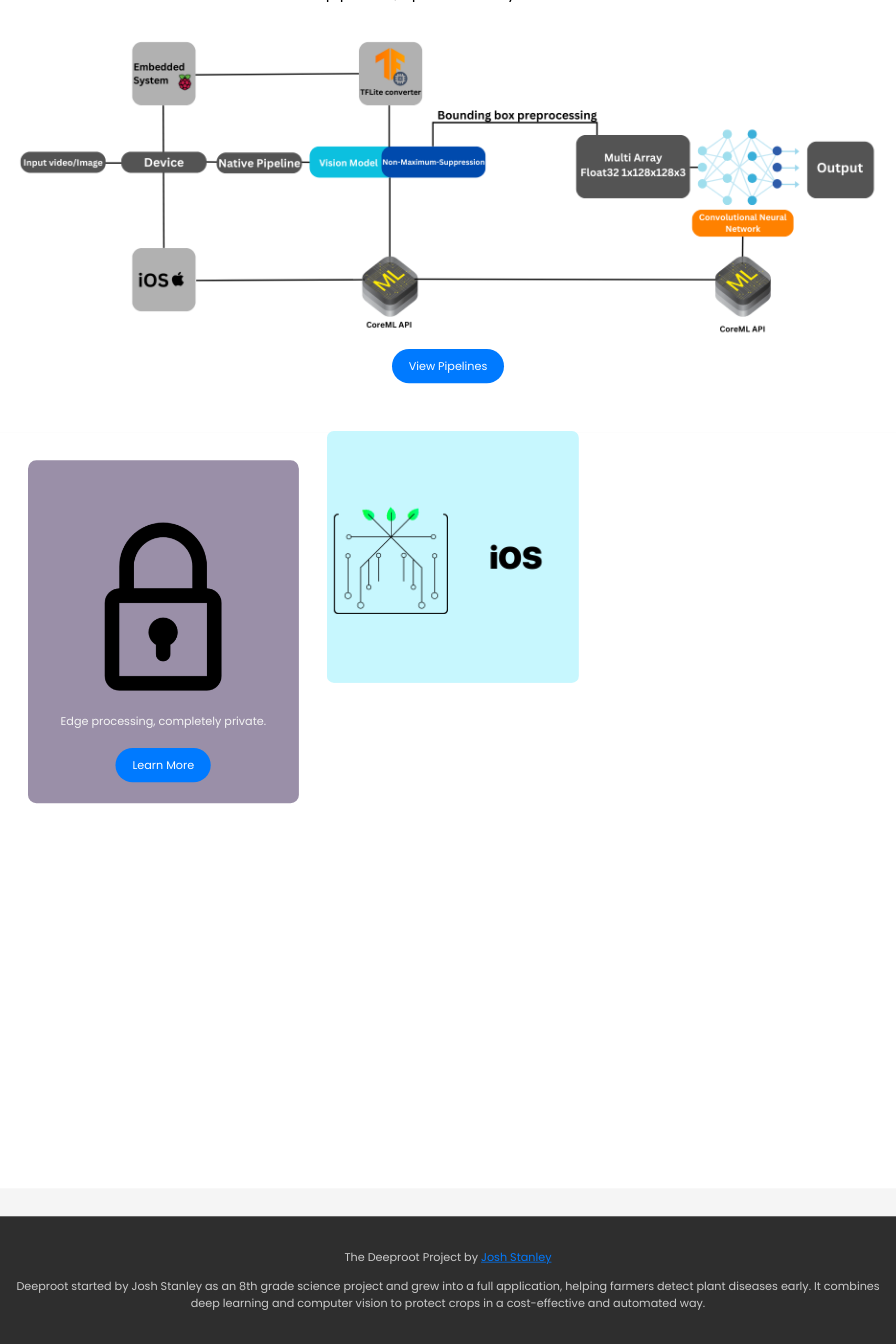
Repository: jss1118/The-Deeproot-Project
Page: Website/index.html
The author's editor kept a copy of each file at every save. The page is drawn from the files as they stood at one save, then again after the next save.
The browser window is 1280 px wide. The pictures show the part of the page from y = 1292 to 3212 px (the page is 3212 px tall before and 2834 px after), at 70% of full size.

Above is the page before, as saved 2025-03-21 13:31:08.

After the next save:
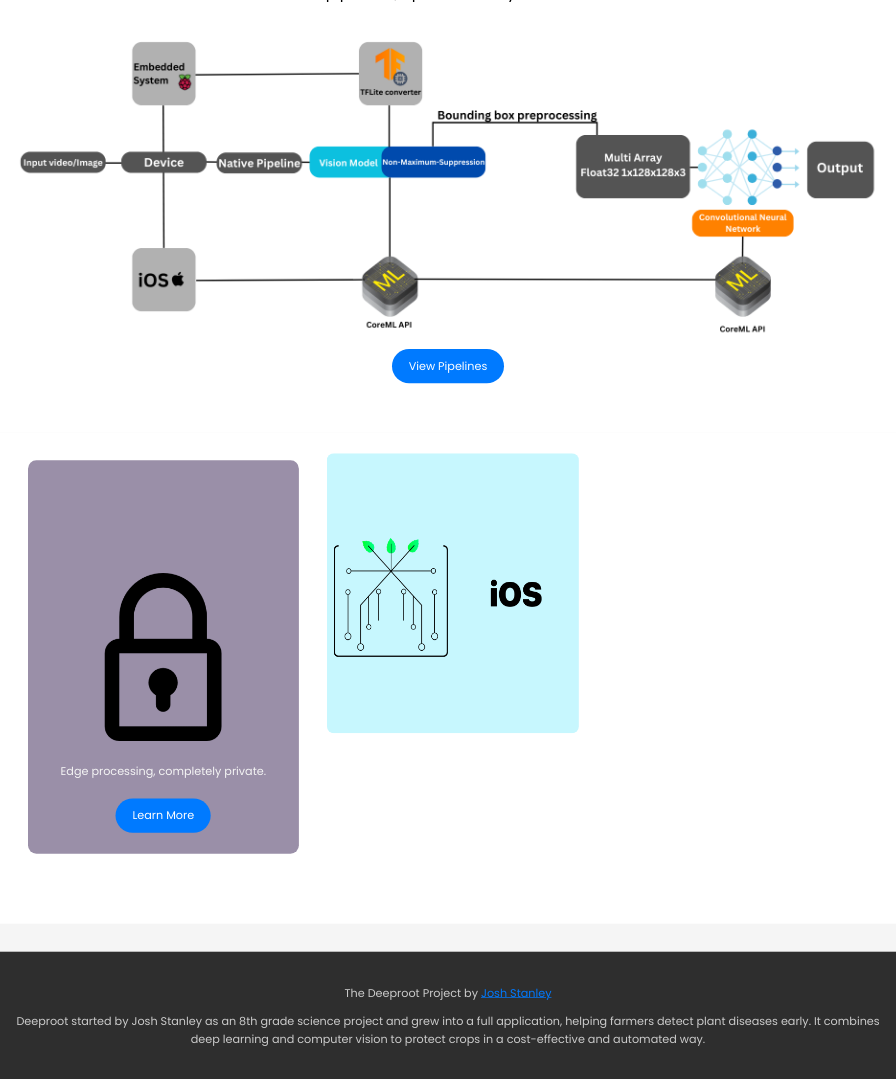
Saved 18 s later.
--- a/Website/index.html
+++ b/Website/index.html
@@ -100,7 +100,7 @@
     .promo1, .promo2, .promo3, .promo4, .promo5, .promo6 {
       background-size: cover;
       background-position: center;
-      height: 450px;
+
       display: flex;
       flex-direction: column;
       justify-content: flex-end;

After the save that followed:
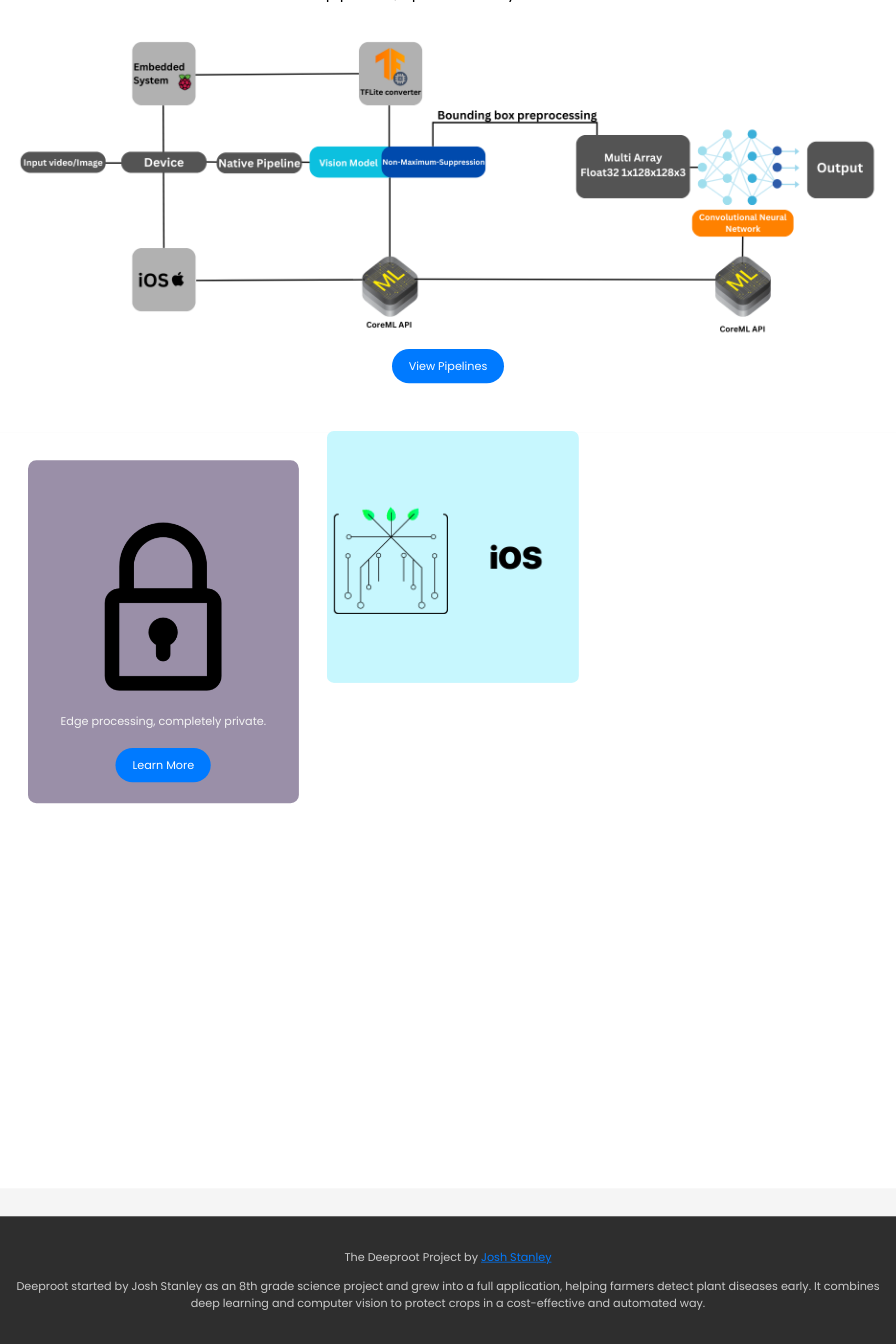
Saved 8 s later.
--- a/Website/index.html
+++ b/Website/index.html
@@ -100,7 +100,7 @@
     .promo1, .promo2, .promo3, .promo4, .promo5, .promo6 {
       background-size: cover;
       background-position: center;
-
+      height: 450px;
       display: flex;
       flex-direction: column;
       justify-content: flex-end;
